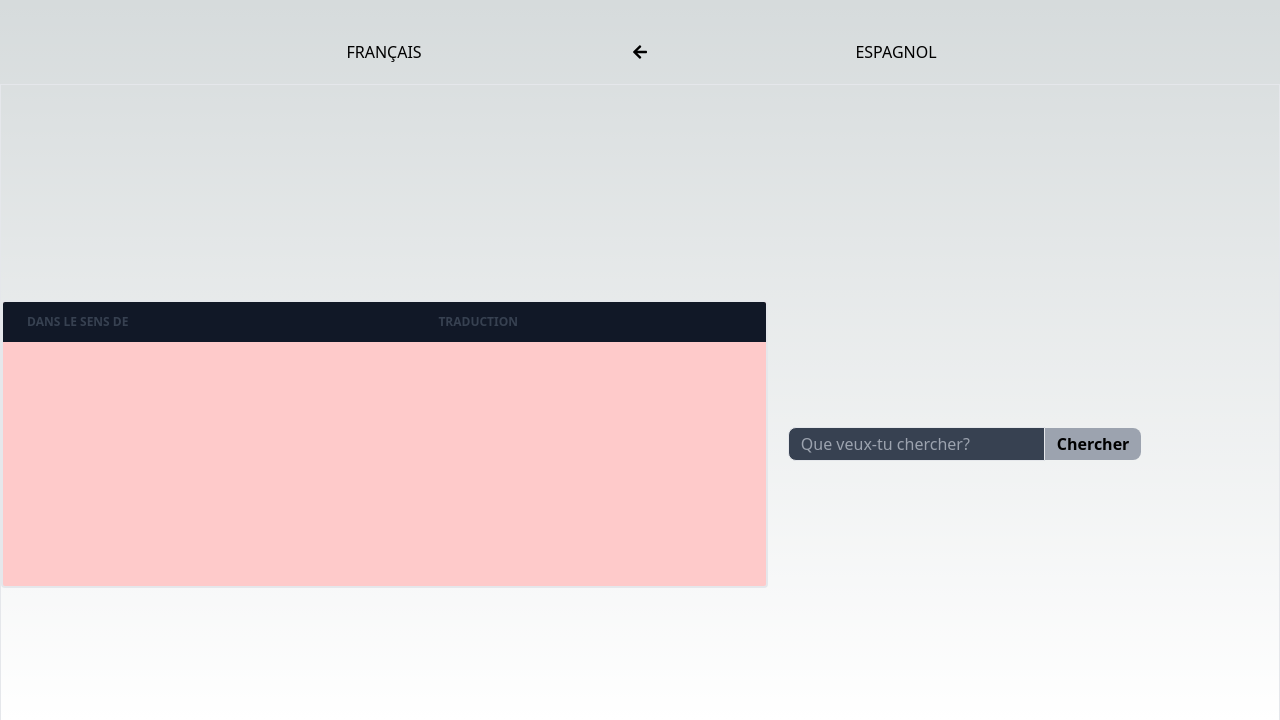
Repository: All-Khwarizmi/Dico
Page: /
An editor plug-in stored every save of this project. The page is shown before and after a run of saves, followed by the edit.
The browser window is 1280 px wide. The pictures show the whole page.
An inner scrolling area shows only its first screen. The project was rebuilt for these pictures with package versions that can differ from the ones it lists, and the page was loaded fresh each time. The framework's server and built-in components were replaced by stand-ins that run in the browser. Also part of the build but not shown: next.config.js, vite.config.ts.

Above is the page before, as saved 2023-02-17 18:27:46.

### src/app/page.tsx
'use client';
import Image from 'next/image';
import { Inter } from '@next/font/google';
import { FaArrowLeft } from 'react-icons/fa';
import { BsArrowRight } from 'react-icons/bs';
import { FaArrowRight } from 'react-icons/fa';
import EspModal from '@/components/EspModal';
import DicoModal from '@/components/DicoModal';

const inter = Inter({ subsets: ['latin'] });
import parse from 'html-react-parser';
import { useState } from 'react';
import Link from 'next/link';

type Trad = {
  source: string;
  target: string;
};
type Translations = Array<Trad>;
interface TranslationsFetch {
  translations: Array<Trad>;
}
export default function Home() {
  const [word, setWord] = useState<string>('');
  const [isFr, setIsFR] = useState<Boolean>(false);
  const [translations, setTranslations] = useState<Translations>([]);

  const submitWord = (e: React.FormEvent<HTMLFormElement>) => {
    e.preventDefault();
    let check = word.split(' ').length;
    console.log('Submitting', check);
    if (check > 1) {
      return window.alert('1 mot à la fois');
    }
    if (isFr) return fetchDico(word).catch((err) => console.log(err));
     fetchDicoEsp(word).catch((err) => console.log(err));
  };

  const inputWord = (e: React.ChangeEvent<HTMLInputElement>) => {
    return setWord(e.target.value);
  };

  const fetchDico = async (word: string): Promise<void> => {
    console.log('Fetching..');
     const url = 'https://dico-ochre.vercel.app/api/dico';
    const options: RequestInit = {
      method: 'POST',
      headers: {
        'Content-Type': 'text/plain;charset=UTF-8',
      },
      body: JSON.stringify(word),
    };
    const res = await fetch(url, options);
    // eslint-disable-next-line @typescript-eslint/no-unsafe-assignment
    const data = await res.json();
    console.log('Data: ', data);
    // eslint-disable-next-line @typescript-eslint/no-unsafe-assignment
    const { translations }: TranslationsFetch = data;
    setTranslations(translations);
    setWord('');
  };
  const fetchDicoEsp = async (word: string): Promise<void> => {
    console.log('Fetching..');
    const url = 'https://dico-ochre.vercel.app/api/esp';
    const options: RequestInit = {
      method: 'POST',
      headers: {
        'Content-Type': 'text/plain;charset=UTF-8',
      },
      body: JSON.stringify(word),
    };
    const res = await fetch(url, options);
    // eslint-disable-next-line @typescript-eslint/no-unsafe-assignment
    const data = await res.json();
    console.log('Data: ', data);
    // eslint-disable-next-line @typescript-eslint/no-unsafe-assignment
    const { translations }: TranslationsFetch = data;
    setTranslations(translations);
    setWord('');
  };
  return (
    <main className='h-screen w-screen'>
      <div className='grid place-items-center pt-5 '>
        {isFr ? (
          <div className='grid w-[60%] grid-cols-3  place-items-center  '>
            <button onClick={() => setIsFR(!isFr)}>
              <h1 className='py-5 text-center uppercase text-1xl'>Français</h1>
            </button>
            <button onClick={() => setIsFR(!isFr)}>
              <FaArrowRight />
            </button>
            <button onClick={() => setIsFR(!isFr)}>
              <h1 className='py-5 text-center uppercase text-1xl'>Espagnol</h1>
            </button>
          </div>
        ) : (
          <div className='grid w-[60%] grid-cols-3  place-items-center  '>
            <button onClick={() => setIsFR(!isFr)}>
              <h1 className='py-5 text-center uppercase text-1xl'>Français</h1>
            </button>
            <button onClick={() => setIsFR(!isFr)}>
              <FaArrowLeft />
            </button>
            <button onClick={() => setIsFR(!isFr)}>
              <h1 className='py-5 text-center uppercase text-1xl'>Espagnol</h1>
            </button>
          </div>
        )}
      </div>
      <div className='flex h-[100%] border border items-center gap-5'>
        <div className=' h-[40%] max-h-[40%] w-[60%] overflow-scroll rounded border-2 border-solid bg-red-200'>
          <div className='text-black '>
            <div className=''>
              <table className='  relative w-full text-left text-sm text-gray-500 dark:text-gray-400'>
                <thead className='  sticky top-0 bg-gray-900 text-xs uppercase text-gray-700 '>
                  <tr>
                    <th scope='col' className='px-6 dark:text-white py-3 '>
                      Dans le sens de
                    </th>
                    <th scope='col' className='px-6 dark:text-white py-3 '>
                      Traduction
                    </th>
                  </tr>
                </thead>
                <tbody className='bg-gray-800'>
                  {translations?.map((trad: Trad, index) => {
                    return (
                      <tr
                        className='border-b bg-white dark:border-gray-700 dark:bg-gray-800'
                        key={index}
                      >
                        <td className='px-6 py-4'> {parse(trad?.source)}</td>
                        <th
                          scope='row'
                          className='whitespace-nowrap px-6 py-4 font-medium text-gray-900 dark:text-white'
                        >
                          {parse(trad?.target)}
                        </th>
                      </tr>
                    );
                  })}
                </tbody>
              </table>
            </div>
          </div>
        </div>
        <form className='text-black' onSubmit={(e) => submitWord(e)}>
          <input
            onChange={(event) => inputWord(event)}
            value={word}
            placeholder='Que veux-tu chercher?'
            className='rounded-lg border dark:text-white border-1 bg-gray-700 rounded-r-none px-3 py-1'
            type='text'
            name='word'
            id='word'
          />
          <button
            className='rounded-lg rounded-l-none bg-gray-400 dark:text-white font-bold dark:bg-purple-900 px-3 py-1 dark:py-1.5'
            type='submit'
          >
            Chercher
          </button>
        </form>
      </div>
    </main>
  );
}

Loaded but not shown: src/app/layout.tsx (common file); src/app/globals.css (common file); tailwind.config.js (common file)

After the next 3 saves:
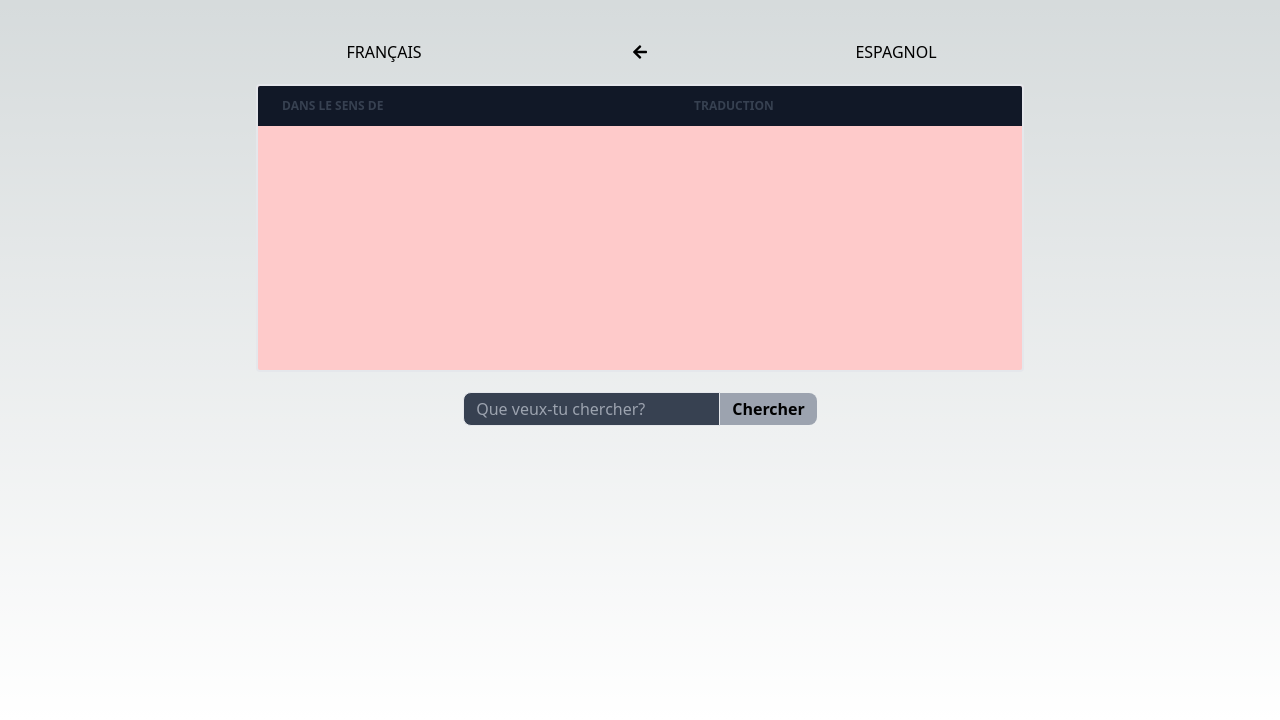
The 3 saves are shown as one change because they came seconds apart.
The last was saved 13 s later.
--- a/src/app/page.tsx
+++ b/src/app/page.tsx
@@ -107,7 +107,7 @@ export default function Home() {
           </div>
         )}
       </div>
-      <div className='flex h-[100%] border border items-center gap-5'>
+      <div className='flex h-[100%] flex-col items-center gap-5'>
         <div className=' h-[40%] max-h-[40%] w-[60%] overflow-scroll rounded border-2 border-solid bg-red-200'>
           <div className='text-black '>
             <div className=''>
